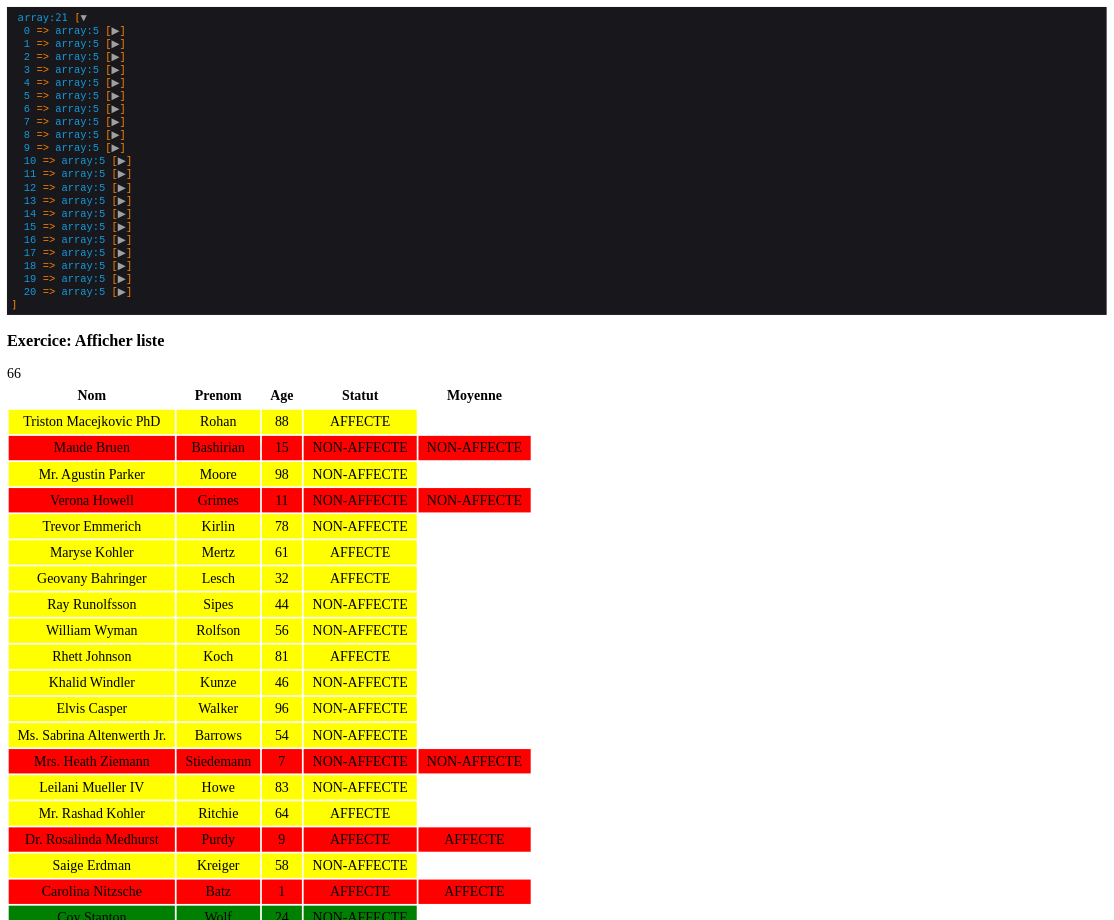
Repository: Bfabien99/PHPREPO
Page: http://localhost/
The author's editor kept a copy of each file at every save. The page is drawn from the files as they stood at one save, then again after a run of saves.
The browser window is 1280 px wide. The pictures show the whole page, at 87% of full size.
The page is run by PHP 8.4 with error messages shown; the project is at /var/www/html/.

Above is the page before, as saved 2021-12-10 11:17:52.

After the next 2 saves:
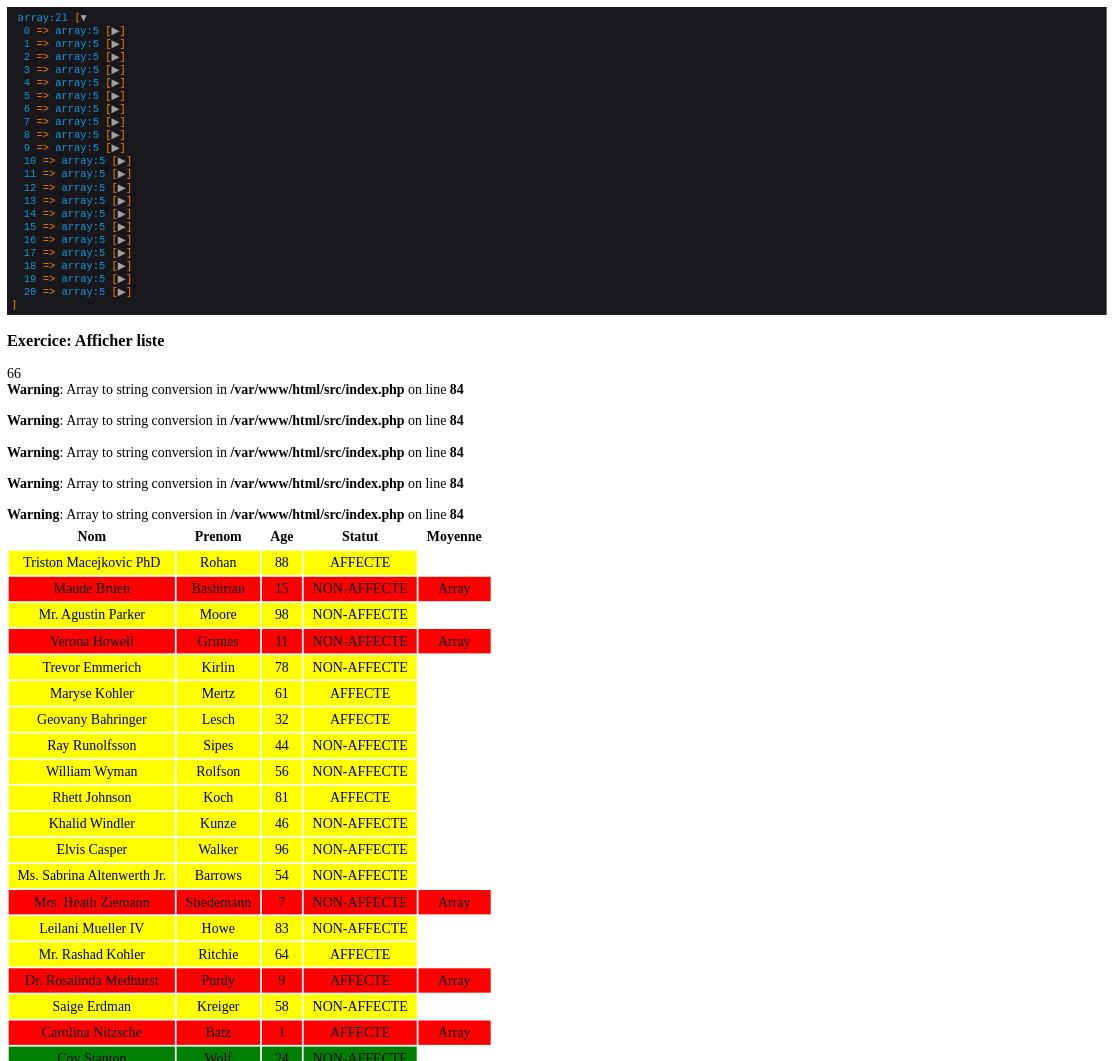
The 2 saves are shown as one change because they came seconds apart.
The last was saved 8 s later.
--- a/MakeFakeData/src/index.php
+++ b/MakeFakeData/src/index.php
@@ -81,7 +81,7 @@
                     <td>'.$value["prenom"].'</td>
                     <td>'.$value["age"].'</td>
                     <td>'.$value["statut"].'</td>
-					<td>'.$value["statut"].'</td>
+					<td>'.$value["notes"].'</td>
                     </tr>';
 					break;
                 case ($age > 18 && $age < 25):

After the 2 saves that followed:
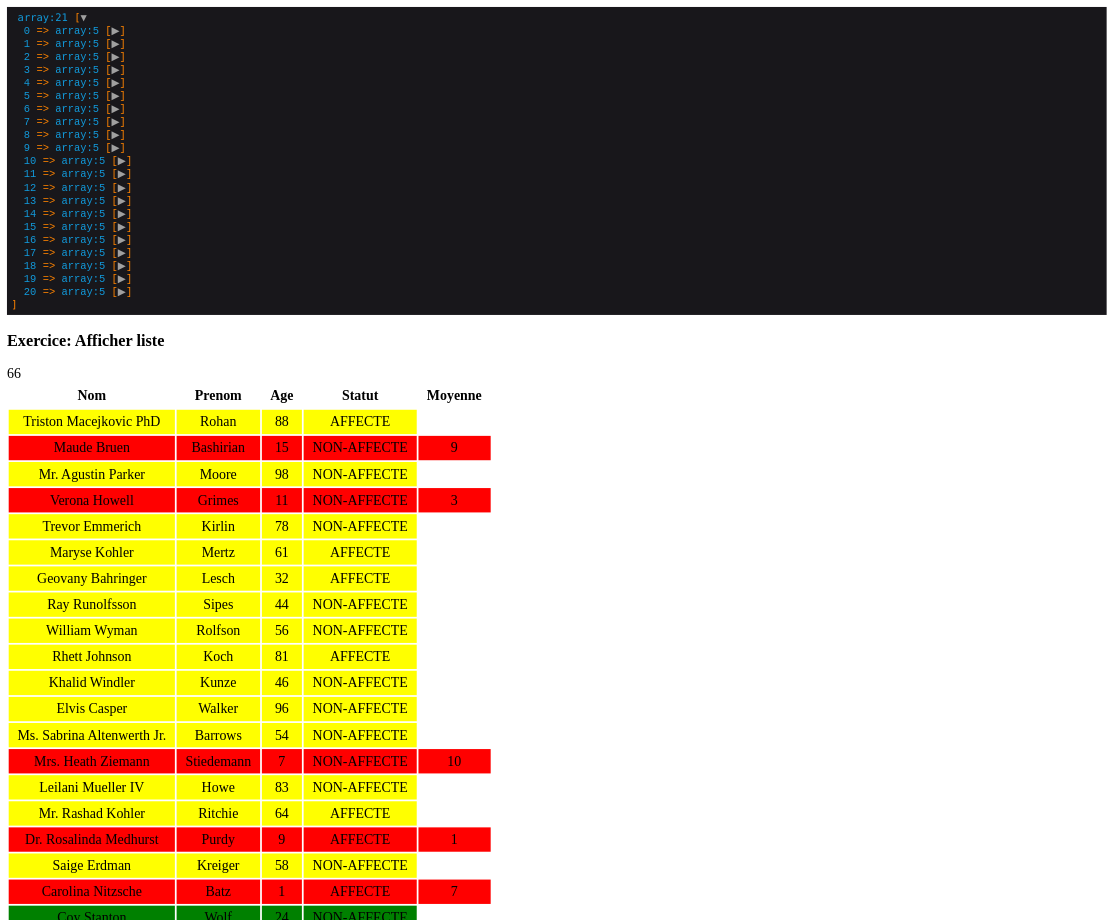
The 2 saves are shown as one change because they came seconds apart.
The last was saved 48 s later.
--- a/MakeFakeData/src/index.php
+++ b/MakeFakeData/src/index.php
@@ -81,7 +81,7 @@
                     <td>'.$value["prenom"].'</td>
                     <td>'.$value["age"].'</td>
                     <td>'.$value["statut"].'</td>
-					<td>'.$value["notes"].'</td>
+					<td>'.$value["notes"][0].'</td>
                     </tr>';
 					break;
                 case ($age > 18 && $age < 25):
